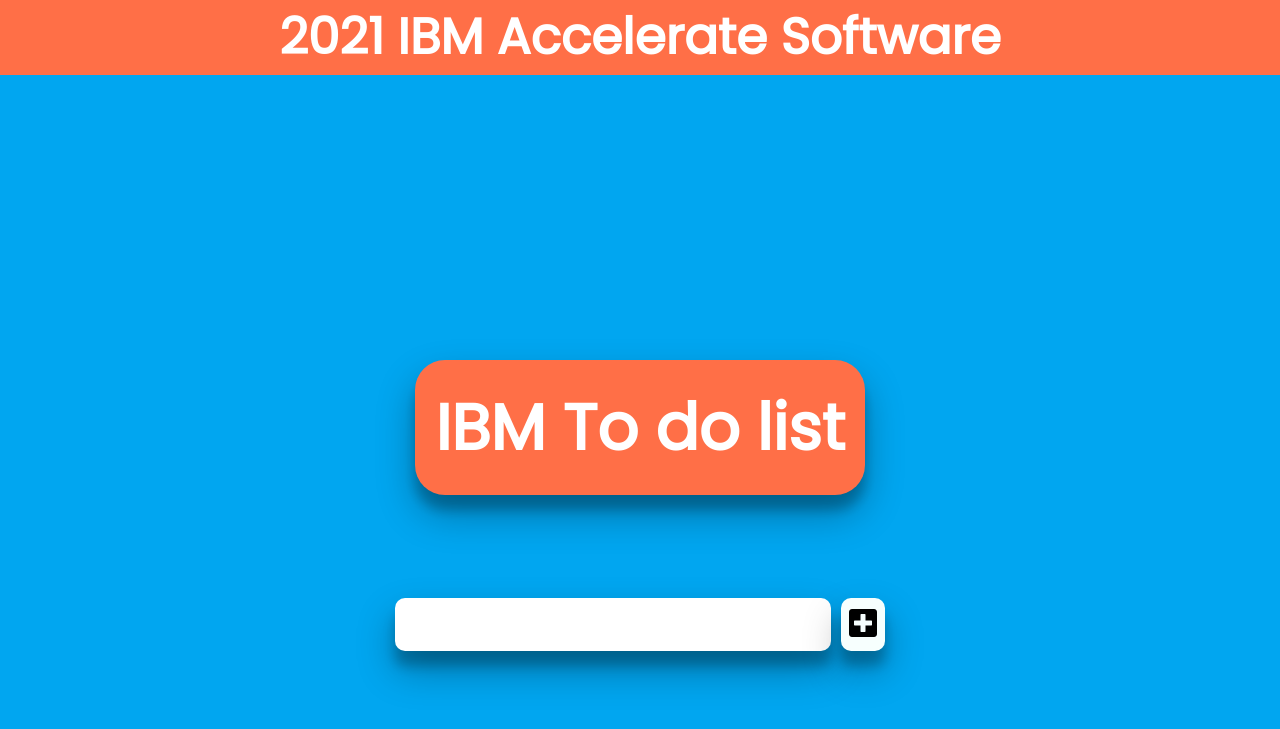
Repository: 2021-IBM-Accelerate-SW-Track/lab-1-team-34
Page: /
An editor plug-in stored every save of this project. The page is shown before and after the next save, followed by the edit.
The browser window is 1280 px wide. The pictures show the whole page.
Some web libraries are served in a nearby version. The project was rebuilt for these pictures with package versions that can differ from the ones it lists, and the page was loaded fresh each time. Also part of the build but not shown: src/components/Todo.js.

Above is the page before, as saved 2021-06-16 18:19:07.

### public/index.html
<!DOCTYPE html>
<html lang="en">
  <head>
    <meta charset="utf-8" />
    <link
      href="https://fonts.googleapis.com/css?family=Poppins&display=swap"
      rel="stylesheet"
    />
    <link
      rel="stylesheet"
      href="https://cdnjs.cloudflare.com/ajax/libs/font-awesome/5.12.1/css/all.min.css"
      integrity="sha256-mmgLkCYLUQbXn0B1SRqzHar6dCnv9oZFPEC1g1cwlkk="
      crossorigin="anonymous"
      <meta
      name="viewport"
      content="width=device-width, initial-scale=1"
    />
    <meta name="theme-color" content="#000000" />
    <meta
      name="description"
      content="Web site created using create-react-app"
    />
    <link rel="apple-touch-icon" href="%PUBLIC_URL%/logo192.png" />
    <!--
      manifest.json provides metadata used when your web app is installed on a
      user's mobile device or desktop. See https://developers.google.com/web/fundamentals/web-app-manifest/
    -->
    <link rel="manifest" href="%PUBLIC_URL%/manifest.json" />
    <!--
      Notice the use of %PUBLIC_URL% in the tags above.
      It will be replaced with the URL of the `public` folder during the build.
      Only files inside the `public` folder can be referenced from the HTML.

      Unlike "/favicon.ico" or "favicon.ico", "%PUBLIC_URL%/favicon.ico" will
      work correctly both with client-side routing and a non-root public URL.
      Learn how to configure a non-root public URL by running `npm run build`.
    -->
    <title>React App</title>
  </head>
  <body>
    <noscript>You need to enable JavaScript to run this app.</noscript>
    <div id="root"></div>
    <!--
      This HTML file is a template.
      If you open it directly in the browser, you will see an empty page.

      You can add webfonts, meta tags, or analytics to this file.
      The build step will place the bundled scripts into the <body> tag.

      To begin the development, run `npm start` or `yarn start`.
      To create a production bundle, use `npm run build` or `yarn build`.
    -->
  </body>
</html>

### src/App.js
import "./App.css";
import Form from "./components/form";
import React, { useState } from "react";
import List from "./components/list";
import Header from "./components/header";

function App() {
  const [inputText, setInputText] = useState("");
  const [todos, setTodos] = useState([]);
  return (
    <div className="App">
      <Header />
      <header>
        <h1 className="ibm-header">IBM To do list</h1>
      </header>
      <Form
        inputText={inputText}
        todos={todos}
        setTodos={setTodos}
        setInputText={setInputText}
      />
      <List setTodos={setTodos} todos={todos} />
    </div>
  );
}

export default App;

### src/App.css
=* {
  margin: 0;
  padding: 0;
  box-sizing: border-box;
}

.ibm-header {
  background-color: #ff6f47;
  padding: 20px;
  border-radius: 30px;
  box-shadow: rgba(0, 0, 0, 0.3) 0px 19px 38px,
    rgba(0, 0, 0, 0.22) 0px 15px 12px;
  margin-top: 300px;
}

.App > header > .ibm-header {
  animation: floatY 2400ms ease-out infinite both;
}
@keyframes floatY {
  0%,
  100% {
    transform: translateY(0);
  }

  50% {
    transform: translateY(-20px);
  }
}
body {
  background-color: #01a6f0;
  color: white;
  font-family: "Poppins", sans-serif;
  min-height: 100vh;
}
header {
  font-size: 2rem;
}

header,
form {
  min-height: 20vh;
  display: flex;
  justify-content: center;
  align-items: center;
  border-radius: 10;
}
form input,
form button {
  padding: 0.5rem;
  font-size: 2rem;
  border: none;
  background: white;
  border-radius: 10px;
  box-shadow: rgba(0, 0, 0, 0.3) 0px 19px 38px,
    rgba(0, 0, 0, 0.22) 0px 15px 12px;
}
form button {
  color: #000000;
  background: #f7fffe;
  cursor: pointer;
  transition: all 0.3s ease;
  margin-left: 10px;
}
form button:hover {
  background: #1aff79;
  color: white;
}
.todo-container {
  display: flex;
  justify-content: center;
  align-items: center;
}

.todo-list {
  min-width: 30%;
  list-style: none;
}

.todo {
  margin: 0.5rem;
  background: white;
  font-size: 1.5rem;
  color: black;
  display: flex;
  justify-content: space-between;
  align-items: center;
  transition: all 1s ease;
}
.filter-todo {
  padding: 1rem;
}
.todo li {
  flex: 1;
}

.trash-btn,
.complete-btn {
  background: #ff6f47;
  color: white;
  border: none;
  padding: 1rem;
  cursor: pointer;
  font-size: 1rem;
}
.complete-btn {
  background: rgb(11, 212, 162);
}
.todo-item {
  padding: 0rem 0.5rem;
}

.fa-trash,
.fa-check {
  pointer-events: none;
}

.fall {
  transform: translateY(10rem) rotateZ(20deg);
  opacity: 0;
}

.completed {
  text-decoration: line-through;
  opacity: 0.5;
}

/*CUSTOM SELECTOR */
select {
  -webkit-appearance: none;
  -moz-appearance: none;
  -ms-appearance: none;
  appearance: none;
  outline: 0;
  box-shadow: none;
  border: 0 !important;
  background-image: none;
}

/* Custom Select */
.select {
  margin: 1rem;
  position: relative;
  overflow: hidden;
}
select {
  color: #ff6f47;
  font-family: "Poppins", sans-serif;
  cursor: pointer;
  width: 12rem;
}
/* Arrow */
.select::after {
  content: "\25BC";
  position: absolute;
  top: 0;
  right: 0;
  padding: 1rem;
  background: #ff6f47;
  cursor: pointer;
  pointer-events: none;
}
/* Transition */
/*
.select:hover::after {
  transform: scale(1.5);
}
*/

### src/components/form.js
import React from "react";

const form = ({ setInputText, todos, setTodos, inputText }) => {
  const inputTextHandler = (e) => {
    console.log(e.target.value);
    setInputText(e.target.value);
  };
  const submitTodoHandler = (e) => {
    e.preventDefault();
    setTodos([
      ...todos,
      { text: inputText, completed: false, id: Math.random() * 1000 },
    ]);
    setInputText("");
  };

  return (
    <form>
      <input
        value={inputText}
        onChange={inputTextHandler}
        //data testing
        data-testid="new-item-input"
        type="text"
        className="todo-input"
      />
      <button onClick={submitTodoHandler} className="todo-button" type="submit">
        <i className="fas fa-plus-square"></i>
      </button>
      {/* <div className="select">
        <select name="todos" className="filter-todo">
          <option value="all">All</option>
          <option value="completed">Completed</option>
          <option value="uncompleted">Uncompleted</option>
        </select>
      </div> */}
    </form>
  );
};

export default form;

### src/components/list.js
import React from "react";
import Todo from "./Todo";

const Todolist = ({ todos, setTodos }) => {
  return (
    <div className="todo-container">
      <ul className="todo-list">
        {todos.map((todo) => (
          <Todo
            key={todo.id}
            text={todo.text}
            setTodos={setTodos}
            todos={todos}
            todo={todo}
          />
        ))}
      </ul>
    </div>
  );
};

export default Todolist;

### src/components/header/index.js
import Header from "./header"

export default Header

### src/components/header/header.js
import "./header.css";
export default function Header() {
  return (
    <div className="header">
      2021 IBM Accelerate Software
    </div>
  );
}

### src/components/header/header.css
.header {
  font-size: 50px;
  background-color: #ff6f47;
  color: white;
  font-weight: bold;
  text-align: center;
}

Loaded but not shown: src/index.js (common file); src/index.css (common file); src/reportWebVitals.js (common file)

After the next save:
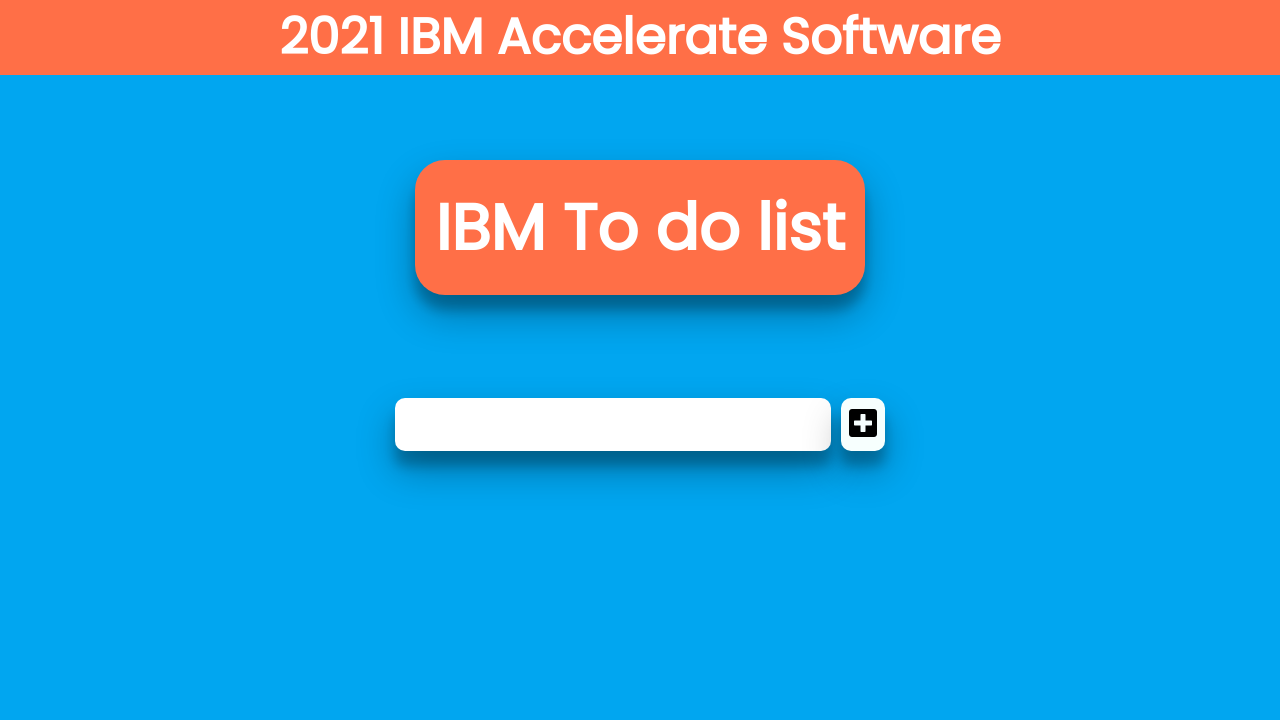
Saved 4 s later.
--- a/src/App.css
+++ b/src/App.css
@@ -10,7 +10,7 @@
   border-radius: 30px;
   box-shadow: rgba(0, 0, 0, 0.3) 0px 19px 38px,
     rgba(0, 0, 0, 0.22) 0px 15px 12px;
-  margin-top: 300px;
+  margin-top: 100px;
 }
 
 .App > header > .ibm-header {
